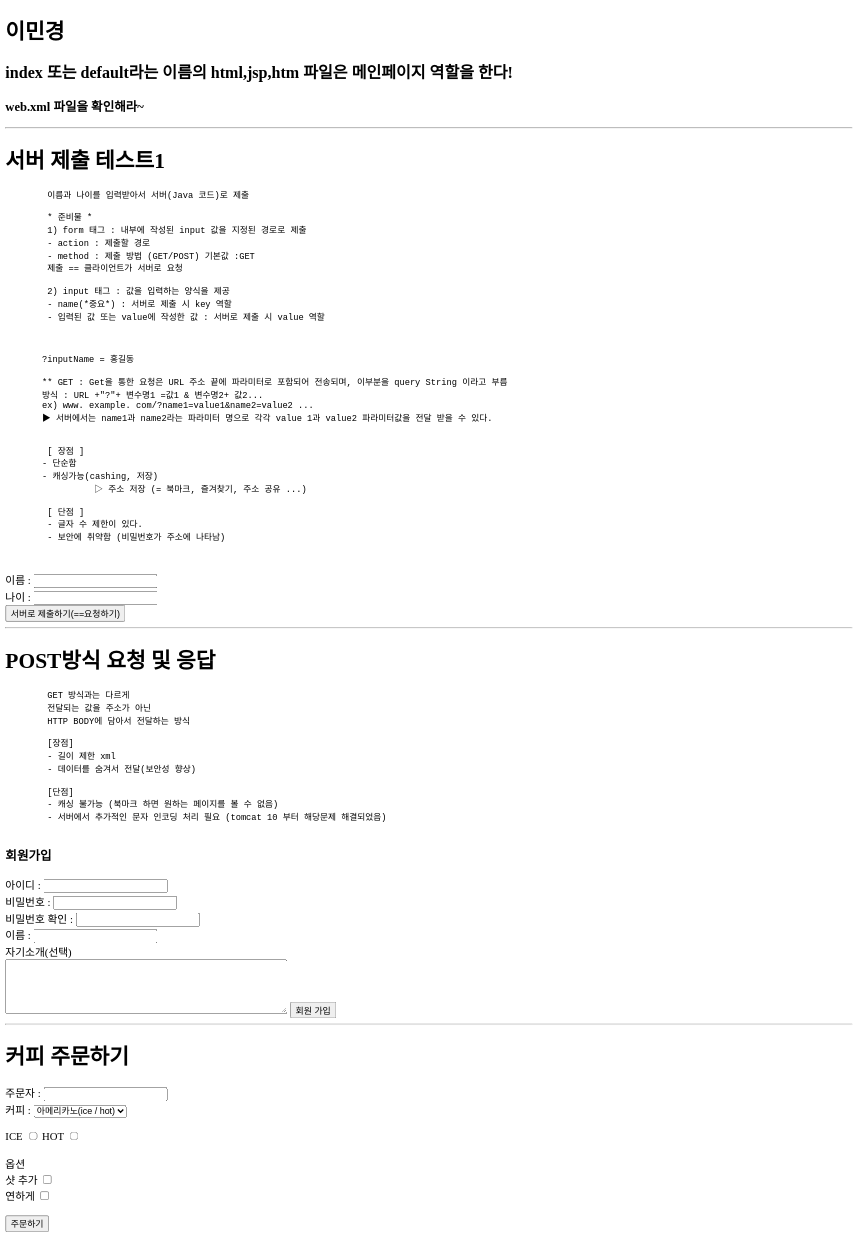
Repository: minnily/05_Server
Page: ServletProject/src/main/webapp/index.html
An editor plug-in stored every save of this project. The page is shown before and after a run of saves, followed by the edit.
The browser window is 1280 px wide. The pictures show the whole page, at 67% of full size.

Above is the page before, as saved 2024-03-21 09:30:10.

### ServletProject/src/main/webapp/index.html
<!DOCTYPE html>
<html lang="ko">
<head>
    <meta charset="UTF-8">
    <meta name="viewport" content="width=device-width, initial-scale=1.0">
    <title>ServletProject</title>
</head>
<body>

    <h1>이민경</h1>

    <h2>index 또는 default라는 이름의 html,jsp,htm 파일은 메인페이지 역할을 한다!</h2>
    <h3>web.xml 파일을 확인해라~</h3>

    <hr>

    <h1>서버 제출 테스트1</h1>
    <pre>
        이름과 나이를 입력받아서 서버(Java 코드)로 제출

        * 준비물 *
        1) form 태그 : 내부에 작성된 input 값을 지정된 경로로 제출
        - action : 제출할 경로
        - method : 제출 방법 (GET/POST) 기본값 :GET
        제출 == 클라이언트가 서버로 요청

        2) input 태그 : 값을 입력하는 양식을 제공
        - name(*중요*) : 서버로 제출 시 key 역할
        - 입력된 값 또는 value에 작성한 값 : 서버로 제출 시 value 역할

       <!--     <input name = "inputName" value = "홍길동"/>      -->

       ?inputName = 홍길동

       ** GET : Get을 통한 요청은 URL 주소 끝에 파라미터로 포함되어 전송되며, 이부분을 query String 이라고 부름
       방식 : URL +"?"+ 변수명1 =값1 & 변수명2+ 값2...
       ex) www. example. com/?name1=value1&name2=value2 ...
       ▶ 서버에서는 name1과 name2라는 파라미터 명으로 각각 value 1과 value2 파라미터값을 전달 받을 수 있다.


        [ 장점 ]
       - 단순함
       - 캐싱가능(cashing, 저장)
                 ▷ 주소 저장 (= 북마크, 즐겨찾기, 주소 공유 ...)

        [ 단점 ]
        - 글자 수 제한이 있다.
        - 보안에 취약함 (비밀번호가 주소에 나타남)

    </pre>

    <form action="/example1" method="get">
        이름 : <input name="inputName">
        <br>
        나이 : <input type="number" name="inputAge">
        <br>
        <button>서버로 제출하기(==요청하기)</button>

        <!-- button 기본 설정 type = submit (작성안해도 됨) /
            서버제출하지 않는 기본 버튼은 type= button 으로 설정하면됨 -->
    </form>

    <hr>

    <h1>POST방식 요청 및 응답</h1>
    <pre>
        GET 방식과는 다르게
        전달되는 값을 주소가 아닌
        HTTP BODY에 담아서 전달하는 방식

        [장점]
        - 길이 제한 xml
        - 데이터를 숨겨서 전달(보안성 향상)

        [단점]
        - 캐싱 불가능 (북마크 하면 원하는 페이지를 볼 수 없음)
        - 서버에서 추가적인 문자 인코딩 처리 필요 (tomcat 10 부터 해당문제 해결되었음)
    </pre>

    <h3>회원가입</h3>

    <form action ="/signUp" method="post">
        아이디 : <input type="text" name="inputId" required> <br>
        비밀번호 : <input type = "password" name="inputPw" required> <br>
        비밀번호 확인 : <input type ="password" required> <br>
        이름 : <input name="inputName" required> <br>

        자기소개(선택) <br>
        <textarea name="intro" cols="50" rows="5"></textarea>

        <button>회원 가입</button>
    </form>

    <hr>

    <h1> 커피 주문하기 </h1>

    <form action ="/coffee" method ="get">
        주문자 : <input name ="orderer">
        <br>

        커피 : <select name="coffee">
                    <option>아메리카노(ice / hot)</option>
                    <option>카페라떼(ice / hot)</option>
                    <option>아인슈페너(only ice)</option>
                    <option>딸기라떼(only ice)</option>
                    <option>말차라떼(ice / hot)</option>
               </select>

        <br><br>
        ICE <input type ="radio" name ="type" value="ice">
        HOT <input type ="radio" name ="type" value="hot">

        <br><br>
        옵션 <br>
        샷 추가 <input type="checkbox" name="opt" value ="shot">
        <br>
        연하게  <input type="checkbox" name="opt" value ="mild">

        <br><br>
        <button>주문하기</button>
    </form>

</body>
</html>

After the next 2 saves:
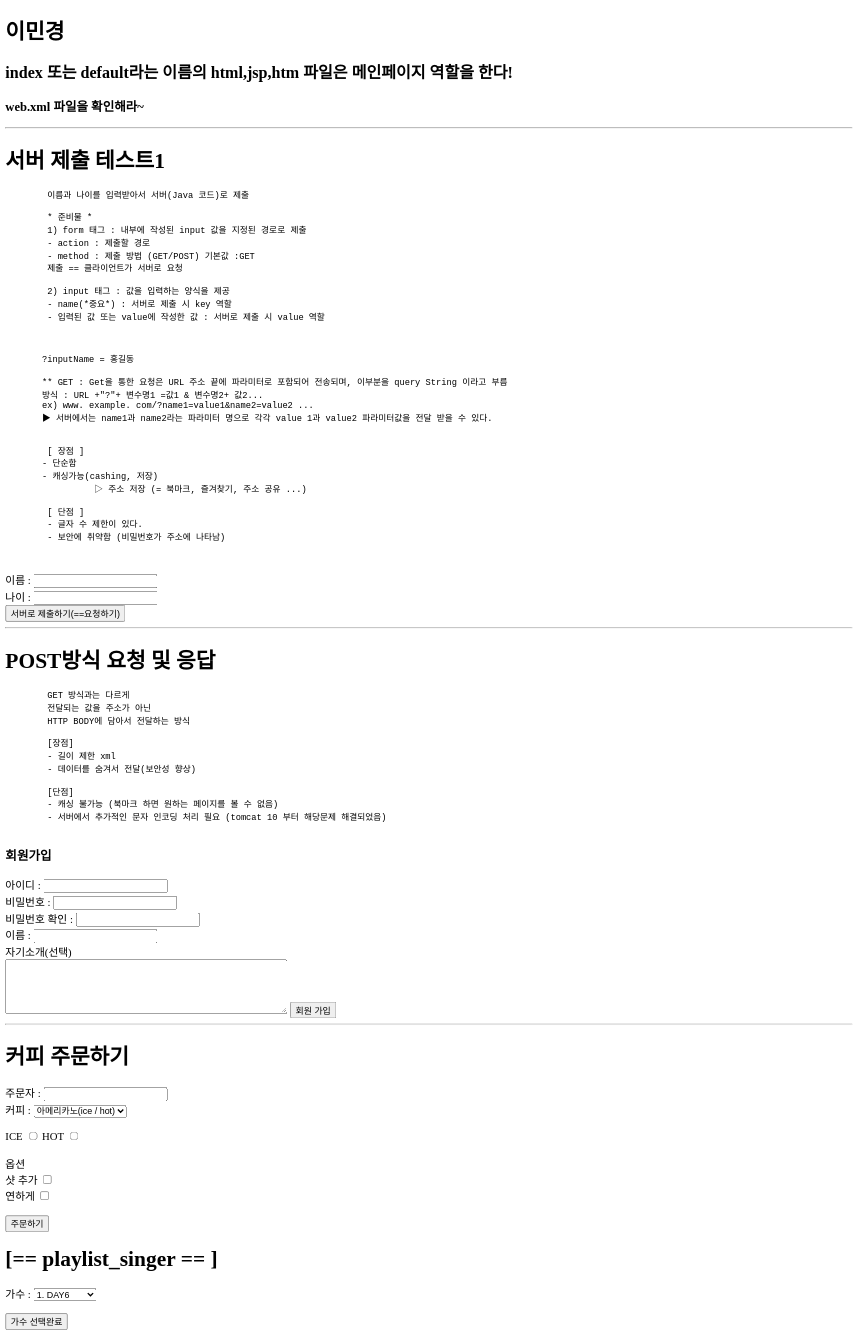
The 2 saves are shown as one change because 1 did not build or start.
The last was saved 6 min 30 s later.
--- a/ServletProject/src/main/webapp/index.html
+++ b/ServletProject/src/main/webapp/index.html
@@ -121,5 +121,17 @@
         <button>주문하기</button>
     </form>
 
+    <h1> [== playlist_singer == ]</h1>
+
+    <form action ="/singer" method="get">
+        가수 : <select name="singerList">
+                    <option  name="1.songList">1. DAY6 </option>
+                    <option  name="2.songList">2. LUCY </option>
+                    <option  name="3.songList">3. JANNABI</option>
+               </select>
+        <br><br>
+        <button>가수 선택완료</button>
+    </form>
+
 </body>
 </html>
